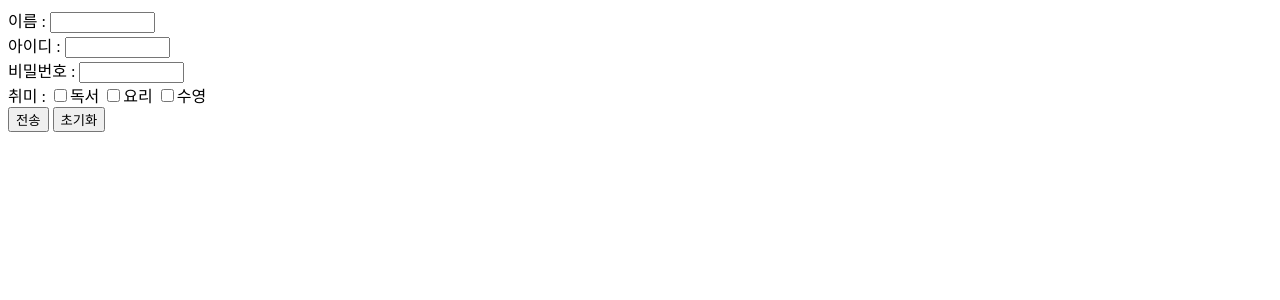
Repository: Kanghanna/One-Pick
Page: http://localhost/StartJSP/servletForm.jsp
An editor plug-in stored every save of this project. The page is shown before and after the next save, followed by the edit.
The browser window is 1280 px wide. The pictures show the whole page.
The page is served by Tomcat 9.

Above is the page before, as saved 2019-03-28 02:02:16.

After the next save:
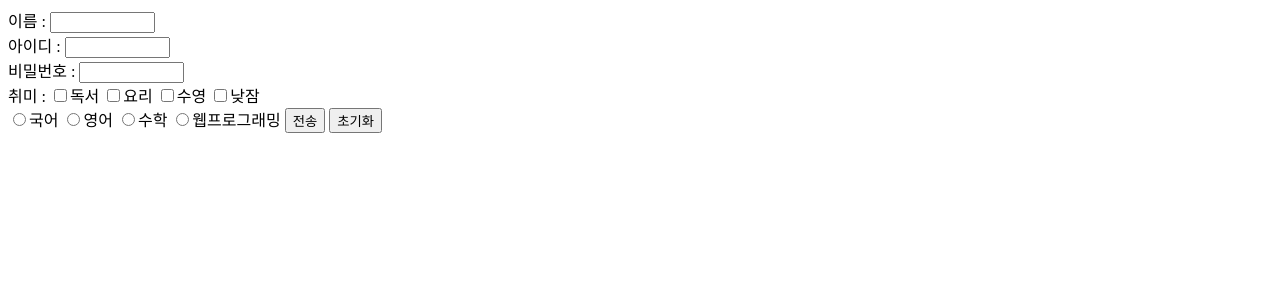
Saved 4 min 10 s later.
--- a/StartJSP/WebContent/servletForm.jsp
+++ b/StartJSP/WebContent/servletForm.jsp
@@ -15,7 +15,13 @@
  취미 : <input type = "checkbox" name = "hobby" value = "read">독서
  <input type = "checkbox" name = "hobby" value = "cook">요리
  <input type = "checkbox" name = "hobby" value = "swim">수영
+ <input type = "checkbox" name = "hobby" value = "sleep">낮잠
  <br>
+ <input type = "radio" name = "major" value = "kor">국어
+ <input type = "radio" name = "major" value = "eng">영어
+ <input type = "radio" name = "major" value = "mat">수학
+ <input type = "radio" name = "major" value = "jsp">웹프로그래밍
+
  <input type = "submit" value = "전송">
  <input type = "reset" value = "초기화">
 </form>
